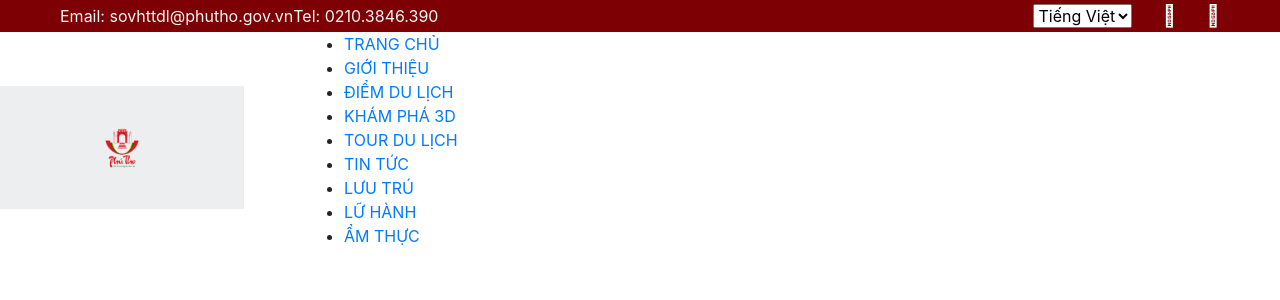
Repository: NgocNB20/Front_end_KLTN
Page: index.html
The author's editor kept a copy of each file at every save. The page is drawn from the files as they stood at one save, then again after the next save.
The browser window is 1280 px wide. The pictures show the whole page.
Some web fonts or font styles are not loaded; a fallback is used. Some web libraries are served in a nearby version.

Above is the page before, as saved 2021-11-28 11:01:51.

### index.html
<!DOCTYPE html>
<html lang="en">

<head>
    <meta charset="UTF-8">
    <meta http-equiv="X-UA-Compatible" content="IE=edge">
    <meta name="viewport" content="width=device-width, initial-scale=1.0">
    <!-- Bootstrap CSS -->
    <link rel="stylesheet" href="https://maxcdn.bootstrapcdn.com/bootstrap/4.0.0/css/bootstrap.min.css"
        integrity="sha384-Gn5384xqQ1aoWXA+058RXPxPg6fy4IWvTNh0E263XmFcJlSAwiGgFAW/dAiS6JXm" crossorigin="anonymous">
    <link
        href="https://fonts.googleapis.com/css?family=Barlow+Condensed:200,300,400,400i,500,600,700,800,900%7CSatisfy&amp;display=swap"
        rel="stylesheet">
    <link rel="stylesheet" href="https://pro.fontawesome.com/releases/v5.10.0/css/all.css"
        integrity="sha384-AYmEC3Yw5cVb3ZcuHtOA93w35dYTsvhLPVnYs9eStHfGJvOvKxVfELGroGkvsg+p" crossorigin="anonymous" />

    <link rel="stylesheet" href="./style.css">
    <title>Travel</title>
</head>

<body>
    <div class="page-wrapper">
        <div class="site-header__header-one-wrap">
            <div class="topbar-one">
                <div class="container-fluid">
                    <div class="topbar-one__left">
                        <a href="mailto:Email: sovhttdl@phutho.gov.vn">Email: sovhttdl@phutho.gov.vn</a>
                        <a href="tel:Tel: 0210.3846.390">Tel: 0210.3846.390</a>
                    </div>
                    <div class="topbar-one__right"></div>
                    <div class="main-nav__right">
                        <div class="dropdown bootstrap-select">
                            <select name="languages" id="languages" class="selectpicker"
                                onchange="javascript:location.href = this.value;" tabindex="-98">
                                <option value="/vi" selected="">Tiếng Việt</option>
                                <option value="/en">English</option>
                            </select>
                            <!-- <button type="button" class="btn dropdown-toggle btn-light" data-toggle="dropdown"
                                    role="button" data-id="languages" title="Tiếng Việt">
                                    <div class="filter-option">
                                        <div class="filter-option-inner">
                                            <div class="filter-option-inner-inner">Tiếng Việt</div>
                                        </div>
                                    </div>
                                </button> -->
                            <div class="dropdown-menu " role="combobox">
                                <div class="inner show" role="listbox" aria-expanded="false" tabindex="-1">
                                    <ul class="dropdown-menu inner show"></ul>
                                </div>
                            </div>
                        </div>
                        <a href="#" class="main-nav__search search-popup__toggler"><i class="fal fa-search"></i></a>
                        <a href="#" class="main-nav__login login-popup__toggler"><i class="fal fa-user"></i></a>
                    </div>
                </div>
            </div>
            <header class="main-nav__header-one">
                <nav class="header-navigation stricky original">
                    <div class="container">
                        <div class="main-nav__logo-box">
                            <a href="/vi" class="main-nav__logo">
                                <img src="/DataFiles/2021/06/Files/20210604-231727-KjblRVcf.png" class="main-logo"
                                    width="123px" alt="Cổng thông tin du lịch Phú Thọ"></a>
                            <a href="#" class="side-menu__toggler"><i class="fa fa-bars"></i></a>
                        </div>
                        <div class="main-nav__main-navigation">
                            <ul class="main-nav__navigation-box">
                                <li><a href="/vi" target="">TRANG CHỦ</a></li>
                                <li><a href="http://phutho.vietnaminfo.net/vi/blog/details/gioi-thieu-chung-ve-tinh-phu-tho-1"
                                        target="">GIỚI THIỆU</a></li>
                                <li><a href="/vi/places" target="">ĐIỂM DU LỊCH</a></li>
                                <li><a href="/vi/vtours" target="">KHÁM PHÁ 3D</a></li>
                                <li><a href="/vi/tours" target="">TOUR DU LỊCH</a></li>
                                <li><a href="/vi/blogs/tin-tuc-24" target="">TIN TỨC</a></li>
                                <li><a href="/vi/hotels" target="">LƯU TRÚ</a></li>
                                <li><a href="/vi/agencies" target="">LỮ HÀNH</a></li>
                                <li><a href="/vi/restaurants" target="">ẨM THỰC</a></li>
                            </ul>
                        </div>
                    </div>
                </nav>
                <!-- <nav class="header-navigation stricky stricked-menu">
                    <div class="container">
                        <div class="main-nav__logo-box"><a href="/vi" class="main-nav__logo"><img
                                    src="/DataFiles/2021/06/Files/20210604-231727-KjblRVcf.png" class="main-logo"
                                    width="123px" alt="Cổng thông tin du lịch Phú Thọ"></a><a href="#"
                                class="side-menu__toggler"><i class="fa fa-bars"></i></a></div>
                        <div class="main-nav__main-navigation">
                            <ul class="main-nav__navigation-box">
                                <li><a href="/vi" target="">TRANG CHỦ</a></li>
                                <li><a href="http://phutho.vietnaminfo.net/vi/blog/details/gioi-thieu-chung-ve-tinh-phu-tho-1"
                                        target="">GIỚI THIỆU</a></li>
                                <li><a href="/vi/places" target="">ĐIỂM DU LỊCH</a></li>
                                <li><a href="/vi/vtours" target="">KHÁM PHÁ 3D</a></li>
                                <li><a href="/vi/tours" target="">TOUR DU LỊCH</a></li>
                                <li><a href="/vi/blogs/tin-tuc-24" target="">TIN TỨC</a></li>
                                <li><a href="/vi/hotels" target="">LƯU TRÚ</a></li>
                                <li><a href="/vi/agencies" target="">LỮ HÀNH</a></li>
                                <li><a href="/vi/restaurants" target="">ẨM THỰC</a></li>
                            </ul>
                        </div>
                    </div>
                </nav> -->
            </header>
        </div>
    </div>

</body>

</html>

### style.css
:root {
    --thm-font: 'Barlow Condensed', sans-serif;
    --heading-font: 'Charmonman', cursive;
    --thm-base: #ffa801;
    --thm-base-rgb: 255, 168, 1;
    --thm-primary: #40b9eb;
    --thm-primary-rgb: 64, 185, 235;
    --thm-secondary: #ff0143;
    --thm-secondary-rgb: 255, 1, 67;
    --thm-black: #082740;
    --thm-black-rgb: 8, 39, 64;
    --thm-gray: #eceeef;
    --blue: #007bff;
    --indigo: #6610f2;
    --purple: #6f42c1;
    --pink: #e83e8c;
    --red: #dc3545;
    --orange: #fd7e14;
    --yellow: #ffc107;
    --green: #28a745;
    --teal: #20c997;
    --cyan: #17a2b8;
    --white: #fff;
    --gray: #6c757d;
    --gray-dark: #343a40;
    --primary: #007bff;
    --secondary: #6c757d;
    --success: #28a745;
    --info: #17a2b8;
    --warning: #ffc107;
    --danger: #dc3545;
    --light: #f8f9fa;
    --dark: #343a40;
    --breakpoint-xs: 0;
    --breakpoint-sm: 576px;
    --breakpoint-md: 768px;
    --breakpoint-lg: 992px;
    --breakpoint-xl: 1200px;
    --font-family-sans-serif: -apple-system,BlinkMacSystemFont,"Segoe UI",Roboto,"Helvetica Neue",Arial,"Noto Sans",sans-serif,"Apple Color Emoji","Segoe UI Emoji","Segoe UI Symbol","Noto Color Emoji";
    --font-family-monospace: SFMono-Regular,Menlo,Monaco,Consolas,"Liberation Mono","Courier New",monospace;
}
.topbar-one {
    background-color: #7d0004;
}
.topbar-one .container-fluid {
    padding-left: 0;
    padding-right: 0;
    display: -webkit-box;
    display: flex;
    -webkit-box-align: center;
    align-items: center;
    -webkit-box-pack: justify;
    justify-content: space-between;
}
.topbar-one__left {
    display: -webkit-box;
    display: flex;
    -webkit-box-align: center;
    align-items: center;
    padding-left: 60px;
}
.topbar-one__right {
    display: -webkit-box;
    display: flex;
    -webkit-box-align: center;
    align-items: center;
}
.main-nav__right {
    margin-left: auto;
    display: -webkit-box;
    display: flex;
    -webkit-box-align: center;
    align-items: center;
    padding-right: 60px;
}
.topbar-one__left a {
    color: #F5F5F5 !important;
    text-decoration: none;
}


.main-nav__search {
    margin-left: 20px;
    font-size: 21px;
    color:white;
    text-decoration: none;
    margin-right: 0px;
}
.main-nav__login, .main-nav__search {
    color: #fff;
    margin-right: 0;
    margin-left: 30px;
    font-size: 21px;
    text-decoration: none;
}
.main-nav__login:hover, .main-nav__search:hover{
    color:red;
}
@media (min-width: 1200px){
.main-nav__header-one .container {
    max-width: 100%;
    padding-left: 0;
    padding-right: 0;
    display: -webkit-box;
    display: flex;
    -webkit-box-align: center;
    align-items: center;
}}
.main-nav__header-one .container {
    position: relative;
}
.main-nav__logo-box {
    background-color: transparent;
    max-width: 150px;
    padding: 15px 0;
}
.main-nav__logo-box {
    background-color: #eceeef;
    text-align: center;
    width: 100%;
    max-width: 244px;
    display: block;
    margin-right: 60px;
    padding: 41.65px 0;
}
img.main-logo {
    height: 40px;
    width: auto;
}
@media (min-width: 1200px){
.main-nav__logo-box .side-menu__toggler {
    display: none;
}}
.main-nav__logo-box .side-menu__toggler {
    font-size: 20px;
    color: var(--thm-black);
}

After the next save:
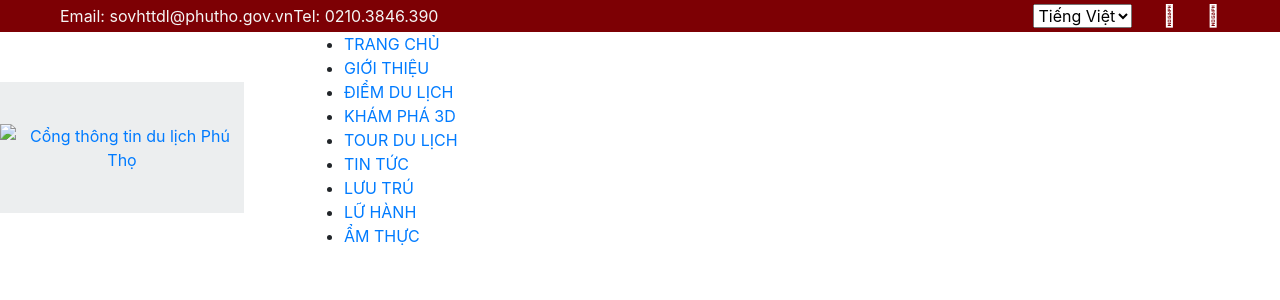
Not found: img/logo.png
Saved 3 min 32 s later.
--- a/index.html
+++ b/index.html
@@ -59,7 +59,7 @@
                     <div class="container">
                         <div class="main-nav__logo-box">
                             <a href="/vi" class="main-nav__logo">
-                                <img src="/DataFiles/2021/06/Files/20210604-231727-KjblRVcf.png" class="main-logo"
+                                <img src="./img/logo.png" class="main-logo"
                                     width="123px" alt="Cổng thông tin du lịch Phú Thọ"></a>
                             <a href="#" class="side-menu__toggler"><i class="fa fa-bars"></i></a>
                         </div>
